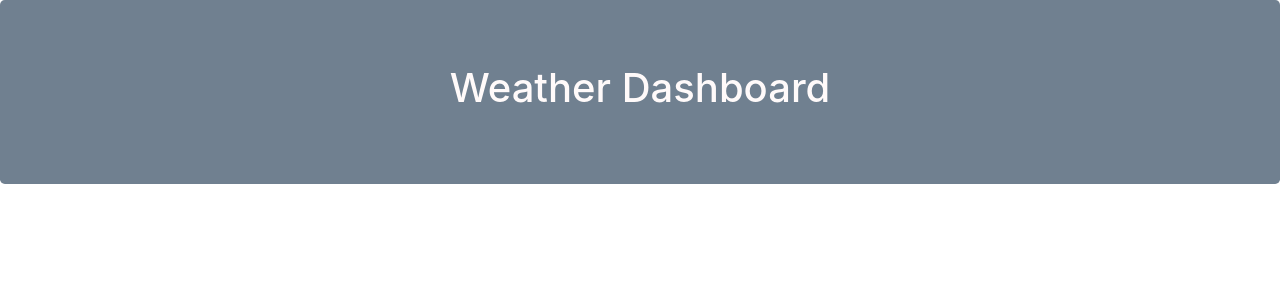
Repository: himaja830/Weather-Dashboard
Page: index.html
An editor plug-in stored every save of this project. The page is shown before and after the next save, followed by the edit.
The browser window is 1280 px wide. The pictures show the whole page.

Above is the page before, as saved 2020-06-27 10:25:11.

### index.html
<!DOCTYPE html>
<html lang="en">
<head>
    <meta charset="UTF-8">
    <meta name="viewport" content="width=device-width, initial-scale=1.0">
    <title>Weather Dashboard</title>
    <link rel="stylesheet" href="https://stackpath.bootstrapcdn.com/bootstrap/4.5.0/css/bootstrap.min.css" integrity="sha384-9aIt2nRpC12Uk9gS9baDl411NQApFmC26EwAOH8WgZl5MYYxFfc+NcPb1dKGj7Sk" crossorigin="anonymous">
    <link rel="stylesheet" href="assets/style.css">
</head>
<body>
    <div class="jumbotron">
        <h1>Weather Dashboard</h1>
    </div>
    <div class="container">
        <div class="row row-cols-4">
            <div class="col-4">
                <div class=""

            </div>
            <div class="col-8">

            </div>

        </div>

    </div>

</body>
</html>

### assets/style.css
.jumbotron{
    text-align: center;
    background-color: slategrey;
    color: snow;
}

After the next save:
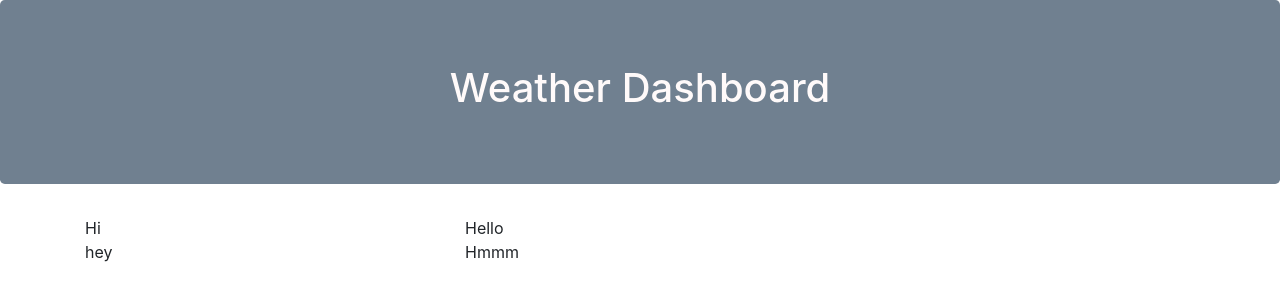
Saved 2 min 22 s later.
--- a/index.html
+++ b/index.html
@@ -13,13 +13,10 @@
     </div>
     <div class="container">
         <div class="row row-cols-4">
-            <div class="col-4">
-                <div class=""
-
-            </div>
-            <div class="col-8">
-
-            </div>
+            <div class="col-4">Hi</div>
+            <div class="col-6">Hello</div>
+            <div class="col-4">hey</div>
+            <div class="col-6">Hmmm</div>
 
         </div>
 
